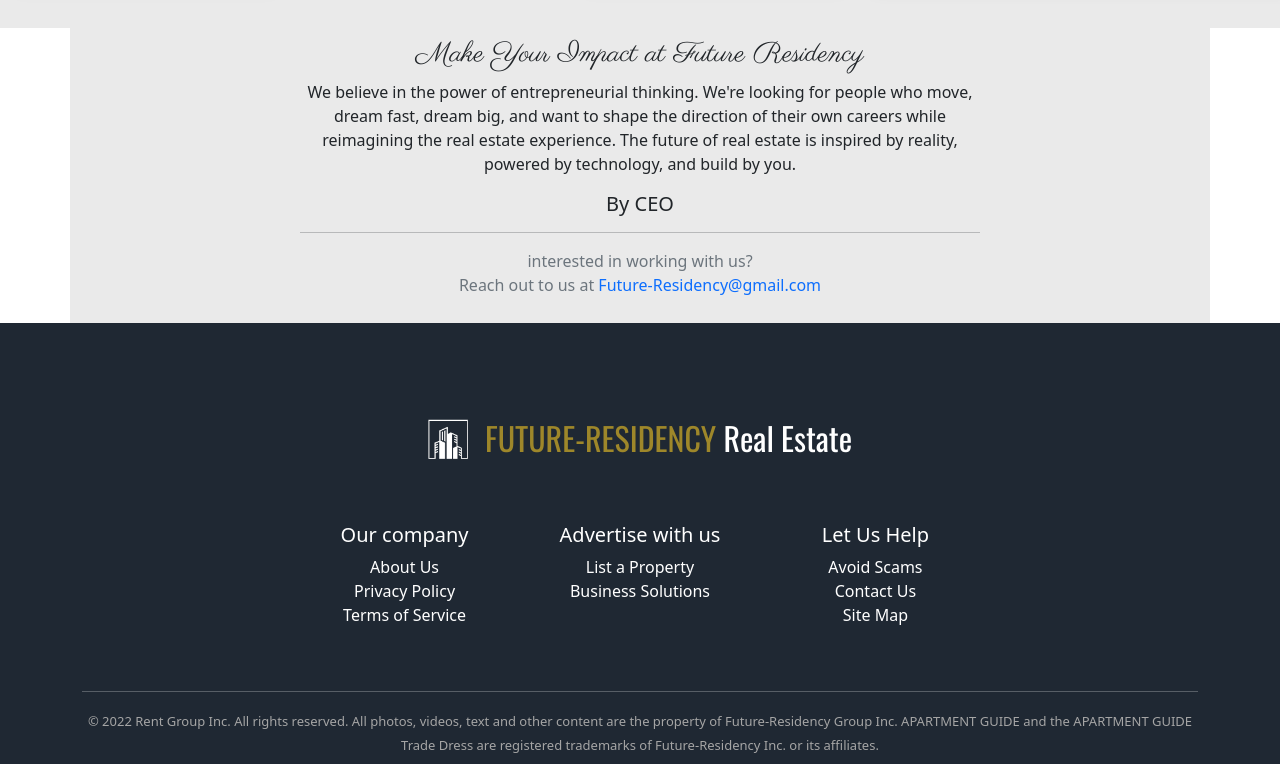
Repository: pyaestk/Future-residency
Page: aboutUs.html
These files come from the project's save history. The page is drawn as it stood at one moment and after a run of saves; the edit follows.
The browser window is 1280 px wide. The pictures show the part of the page from y = 804 to 1568 px (the page is 1568 px tall).
A picture or video elsewhere on the page could not be fetched, so the positions and the page height are approximate.

Above is the page before, as saved 2022-12-13 19:47:10.

### aboutUs.html
<!doctype html>
<html lang="en">
  <head>
    <meta charset="utf-8">
    <meta name="viewport" content="width=device-width, initial-scale=1, minimum-scale=1, maximum-scale=1 ">
    <title>FUTURE-RESIDENCY</title>
    <!--bootstrap-->
    <link href="https://cdn.jsdelivr.net/npm/bootstrap@5.2.3/dist/css/bootstrap.min.css" rel="stylesheet" integrity="sha384-rbsA2VBKQhggwzxH7pPCaAqO46MgnOM80zW1RWuH61DGLwZJEdK2Kadq2F9CUG65" crossorigin="anonymous">

    <!--custom css-->
    <link rel="stylesheet" href="style.css" type="text/css">
    <link rel="stylesheet" href="styleMobileview.css" type="text/css">
    <link rel="stylesheet" href="styleTabletview.css" type="text/css">

    <!--font awesome-->
    <link rel="stylesheet" href="https://cdnjs.cloudflare.com/ajax/libs/font-awesome/6.2.1/css/all.min.css" integrity="sha512-MV7K8+y+gLIBoVD59lQIYicR65iaqukzvf/nwasF0nqhPay5w/9lJmVM2hMDcnK1OnMGCdVK+iQrJ7lzPJQd1w==" crossorigin="anonymous" referrerpolicy="no-referrer" />

    <!--swiper js-->
    <link rel="stylesheet" href="https://cdn.jsdelivr.net/npm/swiper@8/swiper-bundle.min.css"/>

  </head>
<body>

  <!-- background -->
  <div class="background"></div>
  <!--navigation-->
  <nav class="shadow">
    <div class="logo-area">
      <img src="img/FUTURE_ReSIDENCY-removebg-preview.png" alt="logo" class="logo">
      <span>FUTURE-RESIDENCY</span>
    </div>


    <!--desktop-->
    <div class="navlinks" id="nav-right">
      <div class="icon closeMenubar shadow" onclick="hideMenu()">
        <i class="fa-solid fa-xmark"></i>
      </div>
      <ul>
        <li><a href="index.html">HOME</a></li>
        <li><a href="properties.html">PROPERTIES</a></li>
        <li><a href="#">ABOUT US</a></li>
        <li><a href="contactUs.html">CONTACT US</a></li>
        <a href="singIn.html" class="navibutton">JOIN</a></li>
      </ul>
    </div>
    <div class="icon openMenubar">
      <i class="fa-solid fa-bars" onclick="showMenu()"></i>
    </div>
  </nav>

  <!--our history-->
  <div class="group1 container-fluid">

    <div class="row ourhistory">

      <div class="col-md-4 ">
        <div class="row label2 shadow py-5">
          <div class="col-md-12 text-center">
            <img src="img/FUTURE_ReSIDENCY-removebg-preview-modified.png" alt="" width="100px">
            <h3 class="pt-3">Our History</h3>

          </div>
        </div>
      </div>

      <div class="col-md-8 d-flex align-items-center">
        <div class="row history bg-white shadow py-5 ms-3">
          <div class="col-md-12 py-4 px-5">
            <span class="text-dark">Future-Residency is a Burmese tech real-estate marketplace company that was founded in 2022,
                and was created by Mr. Pyae Sone Thant Kyaw, founder of burma-housing company Future-Residency has stated
                that it is a media company that generates revenue by selling advertising on its website. In April 2022,
                Future-Residency announced a partnership to lend its real-estate search engine to the websites of more than 180
                burma newspapers as a part of the Future-Residency Newspaper Consortium. Future-Residency shares advertising revenue
                from the co-branded sites with the newspapers and extends its reach into local markets.
            </span>
          </div>
        </div>
      </div>

    </div>
  </div>
    <!--our history end-->

  <!--mission and core value-->
  <div class="container-fluid group2 aboutUs pb-5">
      <div class="row">

        <div class="col-md-8">
          <div class="row text-center ps-3 aboutUscard-container">
            <div class="col-md-4">
                <div class="card cards aboutUscard shadow">
                    <img src="img/target.png" alt=" " class="aboutUsImg">
                    <div class="card-body">
                        <div class="cards-morph pb-2">
                            <h2>Mission</h2>
                            <div class="about-caption">To glorify God by putting our clients' interests above our own.
                            </div>
                        </div>
                    </div>
                </div>
            </div>
            <div class="col-md-4">
                <div class="card cards aboutUscard shadow">
                    <img src="img/visionary.png" class="card-img-top aboutUsImg" alt="..." >
                    <div class="card-body">
                        <div class="cards-morph pb-2">
                            <h2>Vision</h2>
                            <div class="about-caption">To change the lives of the communities we serve through abundant giving.</div>
                        </div>
                    </div>
                </div>
            </div>
            <div class="col-md-4">
                <div class="card cards aboutUscard shadow">
                    <img src="img/value.png" class="card-img-top aboutUsImg" alt="...">
                    <div class="card-body">
                        <div class="cards-morph pb-2">
                            <h2>Values</h2>
                            <div class="about-caption">
                                Innovate and lead <br>
                                Embrace accountability <br>
                                Focus on solutions
                            </div>
                        </div>
                    </div>
                </div>
            </div>

          </div>
        </div>

        <div class="col-md-4">
          <div class="row label shadow py-5 ms-1">
            <div class="col-md-12 text-center">
              <h3 class="px-3">Our mission & Core Values</h3>
            </div>
          </div>
        </div>

      </div>
  </div>
  <!--mission and core value end-->

  <!--conclusion-->
  <div class="container group2">
    <div class="row justify-content-md-center conclusion">
      <div class="col-md-8 text-center px-5" id="reveal3">
        <h3 style="font-family: 'Parisienne', cursive;">Make Your Impact at Future Residency</h3>
        <p>We believe in the power of entrepreneurial thinking. We're looking for people who move, dream fast, dream big,
          and want to shape the direction of their own careers while reimagining the real estate experience. The future of
          real estate is inspired by reality, powered by technology, and build by you.
        </p>
        <h5>By CEO</h5>
        <hr>
        <p class="text-muted">interested in working with us? <br> Reach out to us at <a href="" class="text-decoration-none">Future-Residency@gmail.com</a></p>
      </div>
    </div>
  </div>


  <!--footer-->
  <div class="footer pt-5">
    <div class="container text-center text-white">
      <div class="row">
        <div class="col-md-12 my-5" id="reveal3">
          <h2><img src="img/FUTURE_ReSIDENCY-removebg-preview-modified.png" alt="logo" class="logo pb-2"><span>
              FUTURE-RESIDENCY </span> Real Estate</h2>
        </div>
      </div>
      <div class="row pb-5 gap-5 justify-content-md-center">
        <div class="col col-md-2" id="reveal3">
          <h5>Our company</h5>
          <div>About Us</div>
          <div>Privacy Policy</div>
          <div>Terms of Service</div>
        </div>
        <div class="col-md-auto" id="reveal3">
          <h5>Advertise with us</h5>
          <div>List a Property</div>
          <div>Business Solutions</div>
        </div>
        <div class="col col-md-2" id="reveal3">
          <h5>Let Us Help</h5>
          <div>Avoid Scams</div>
          <div>Contact Us</div>
          <div>Site Map</div>
        </div>
      </div>
      <hr>
      <div class="row text-center pb-2">
        <div class="col-md-12">
          <span class="copyright" id="reveal3">© 2022 Rent Group Inc. All rights reserved. All photos, videos, text and other content
            are the property of Future-Residency Group Inc. APARTMENT GUIDE and the APARTMENT GUIDE Trade Dress
            are registered trademarks of Future-Residency Inc. or its affiliates.</span>
        </div>
      </div>
    </div>
  </div>


  <!--swiper js-->
  <script src="https://cdn.jsdelivr.net/npm/swiper@8/swiper-bundle.min.js"></script>

  <!--javascript-->
  <script src="app.js"></script>

  <!--bootstrap-->
  <script src="https://cdn.jsdelivr.net/npm/bootstrap@5.2.3/dist/js/bootstrap.bundle.min.js" integrity="sha384-kenU1KFdBIe4zVF0s0G1M5b4hcpxyD9F7jL+jjXkk+Q2h455rYXK/7HAuoJl+0I4" crossorigin="anonymous"></script>
</body>
</html>

### styleMobileview.css

/* mobile view */

@media only screen and (max-width: 767px) {

  /* navigation */
  .icon{
    display: block;
    cursor: pointer;
  }
  nav{
    z-index: 1000;
  }
  .navlinks{
    position: absolute;
    background-color: rgb(216, 216, 216);
    height: 100vh;
    width: 100vw;
    top: 0;
    right: -100vw;
    text-align: left;
    z-index: 10;
    transition: .7s;
    overflow-y: hidden;
    padding-bottom: 50px;
  }
  .navlinks ul li a{
    color: black;
  }
  .navlinks ul li{
    display: block;
    margin: 50px 0;
    border-radius: 20px;
  }
  .navlinks ul{
    padding-left: 0;
    text-align: center;
  }
  .navibutton{
    margin-left: 0;
    color: black;
    border: 2px solid black;
  }
  .navlinks .closeMenubar{
    background-color: white;
    display: block;
    padding: 15px 20px;
    text-align: end;
    position: sticky;
    top: 0;
  }
  /* navigation end */

  /* jumbotron */
  .jumbotron p{
    font-size: 55px;
    text-align: start;
  }
  .subtext h4{
    font-size: 20px;
    text-align: start!important;
  }
  .subtext{
    font-size: 13px;
    text-align: start!important;
  }
  .indexBackground{
    background: linear-gradient(90deg, #EAEAEA 65%, #EAEAEA -30%);
  }
  .searchSection{
    margin: 10px 13px;
  }
  .customCarousel{
    margin-left: 10px;
  }
  .carousel-control-next{
    padding-right: 30px;
  }
  /* jumbotron end */

  /* first group */
  .group1{
    padding-top: 10px;
    padding-bottom: 10px;
  }
  .label2{
    margin-left: 10px;
    border-radius: 10px;
    margin: 0 10px;
    padding: 40px 15px 40px 15px;
  }
  .label2 h3{
    font-size: 20px;
  }
  .sublabel{
    font-size: 13px;
    padding-top: 10px;
  }
  .salecard li{
    padding-left: 20px;
  }
  .featuredcard{
    padding: 0 10px;
  }
  /* second group */
  .group2 .col-md-8{
    order: 2;
  }
  .label{
    margin: 10px!important;
    padding: 30px 0;
    border-radius: 5px 20px 20px 5px;
  }
  .label h3{
    font-size: 20px;
    padding: 20px 10px;
  }


  .salecard h6{
    font-size: 12px;
    padding-bottom: 0;
  }
  .salecard li{
    font-size: 10px;
    list-style-type: circle;
  }
  .layer h5{
    font-size: 12px;
  }

  .layer2{
    font-size: 10px;
    padding: 3px 3px;
  }
  .pic2-container .col-md-5{
    order: 2;
  }
  .pic1-caption, .pic2-caption{
    margin-top: 10px;
  }
  .vid-caption{
    margin-top: 5px;
  }

  /* properties */
  .searchSection{
    font-size: 13px;
  }
  .searchSection input::placeholder{
    font-size: 13px;
  }

  /* aboutUs */
  .ourhistory .label2{
    color: white;
    background-color: #1F2833;
    margin-left: 10px;
    border-radius: 5px;
    margin: 10px 10px;
    padding: 10px;
  }
  .ourhistory .history{
    border-radius: 20px 5px 5px 20px;
    margin: 30px 10px 19px 10px!important;
  }
  .history{
    text-align: justify;
  }
  .locationsession{
    text-align: center;
    margin: 10px;
  }
  .aboutUscard-container{
    padding-left: 0px!important;
    margin: 0!important;
  }
  .aboutUscard{
    width: 100%;
    margin-top: 30px;
    padding: 30px 10px 10px 30!important;
  }
  .aboutUs .label{
    border-radius: 5px;
  }

  /* contact us */
  .contactsession .cards{
    width: 320px;
  }
  .contactsession .card-body{
    padding: 25px 5px;
  }
  .contactsession h3{
    font-size: 15px;
  }
  .card-text{
    font-size: 14px;
  }
  .contactCard{
    height: 300px;
  }
  .contactCard h4{
    font-size: 18px;
  }
  .contactCard h6{
    font-size: 14px;
  }
  .contactCard p{
    font-size: 12px;
  }

  /* sign in page */
  .login-form{
    min-height: 60vh;
  }
  .login-video{
    margin-top: 25px;
  }
  .loginlayer{
    width: 270px;
  }
  .loginlayer h3{
    font-size: 20px;
  }
  .loginlayer h6{
    font-size: 13px;
  }

  /* saleitem page */
  .itemDetail{
    margin-top: 25px;
    margin-bottom: 30px;
  }

  /* footer */
  .footer h2{
    font-size: 19px;
  }
  .footer h5{
    font-size: 17px;
  }
  .footer{
    font-size: 12px;
  }
  .footer .copyright{
    font-size: 12px;
  }

}

### styleTabletview.css

/* mobile view */

@media only screen and (min-width: 768px) and (max-width: 1100px) {
   /* navigation */
  .logo-area span{
    display: none;
  }

  /* jumbotron */
  .jumbotron p{
    font-size: 30px;
    line-height: 35px;
  }
  .subtext h4, .subtext{
    font-size: 13px;
  }
  .indexBackground{
    background: linear-gradient(90deg, #EAEAEA 65%, #EAEAEA -30%);
  }
  .searchSection{
    margin: 10px 10px 10px 30px;
    padding: 10px 20px;
  }
  .carouselborder{
    height: 400px;
  }
  .carouselborder img{
    /* max-height: 129vh; */
    height: 400px;
  }
  .carousel-control-next{
    padding-right: 30px;
  }
  .formsession span{
    font-size: 13px;
  }
  /* jumbotron end */

  /* first group */
  .group1{
    padding-top: 10px;
    padding-bottom: 10px;
  }
  .label2{
    border-radius: 10px;
    padding: 40px 15px 40px 15px;
  }
  .label2 h3{
    font-size: 20px;
  }
  .sublabel{
    font-size: 13px;
    padding-top: 10px;
  }
  .salecard li{
    padding-left: 20px;
  }
  .featuredcard{
    padding: 0 10px;
  }
  /* second group */
  .label{
    color: #1F2833;
    background-color: white;
    margin: 0 10px;
    border-radius: 10px;
  }
  .label h3{
    font-size: 20px;
    padding: 20px 10px;
  }

  .housecard .salecard{
    width: 230px;
    padding: 0;
  }

  .salecard h6{
    font-size: 12px;
    padding-bottom: 0;
  }
  .salecard li{
    font-size: 10px;
    padding-left: 20px;
    list-style-type: circle;
  }
  .layer h5{
    font-size: 12px;
  }

  .layer2{
    font-size: 10px;
    padding: 3px 3px;
  }

  /* properties */
  .searchSection{
    font-size: 13px;
  }
  .searchSection input::placeholder{
    font-size: 13px;
  }

  /* aboutUs */
  .ourhistory .label2{
    color: white;
    background-color: #1F2833;
    padding: 10px;
    margin-right: 0!important;
  }
  .ourhistory .history{
    border-radius: 20px 5px 5px 20px;
    margin-left: 0!important;
  }
  .history{
    text-align: justify;
    font-size: 10px;
  }
  .locationsession{
    text-align: center;
    margin: 10px;
  }
  .about-caption{
    font-size: 13px;
  }
  .conclusion h3{
    font-size: 20px;
  }
  .conclusion p{
    font-size: 13px;
    text-align: justify;
  }

  /* contact us */
  .contactsession h3{
    font-size: 16px;
  }
  .card-text{
    font-size: 14px;
  }
  .contactCard{
    height: 300px;
  }
  .contactCard h4{
    font-size: 18px;
  }
  .contactCard h6{
    font-size: 14px;
  }
  .contactCard p{
    font-size: 12px;
  }
  .locationsession h4{
    font-size: 15px;
  }
  .question span{
    font-size: 13px;
  }

  /* sign in page */
  .login-form{
    margin-top: 25px;
    min-height: 60vh;
  }
  .login-video{
    margin-top: 25px;
  }
  .loginlayer{
    width: 270px;
  }
  .loginlayer h3{
    font-size: 20px;
  }
  .loginlayer h6{
    font-size: 13px;
  }

  /* saleitem page */
  .itemDetail{
    margin-top: 25px;
    margin-bottom: 30px;
  }
  .itemimage{
    position: relative;
    top: 25px;
  }
  }

Loaded but not shown: app.js (123 lines, source omitted); style.css (717 lines, source omitted)

After the next 3 saves:
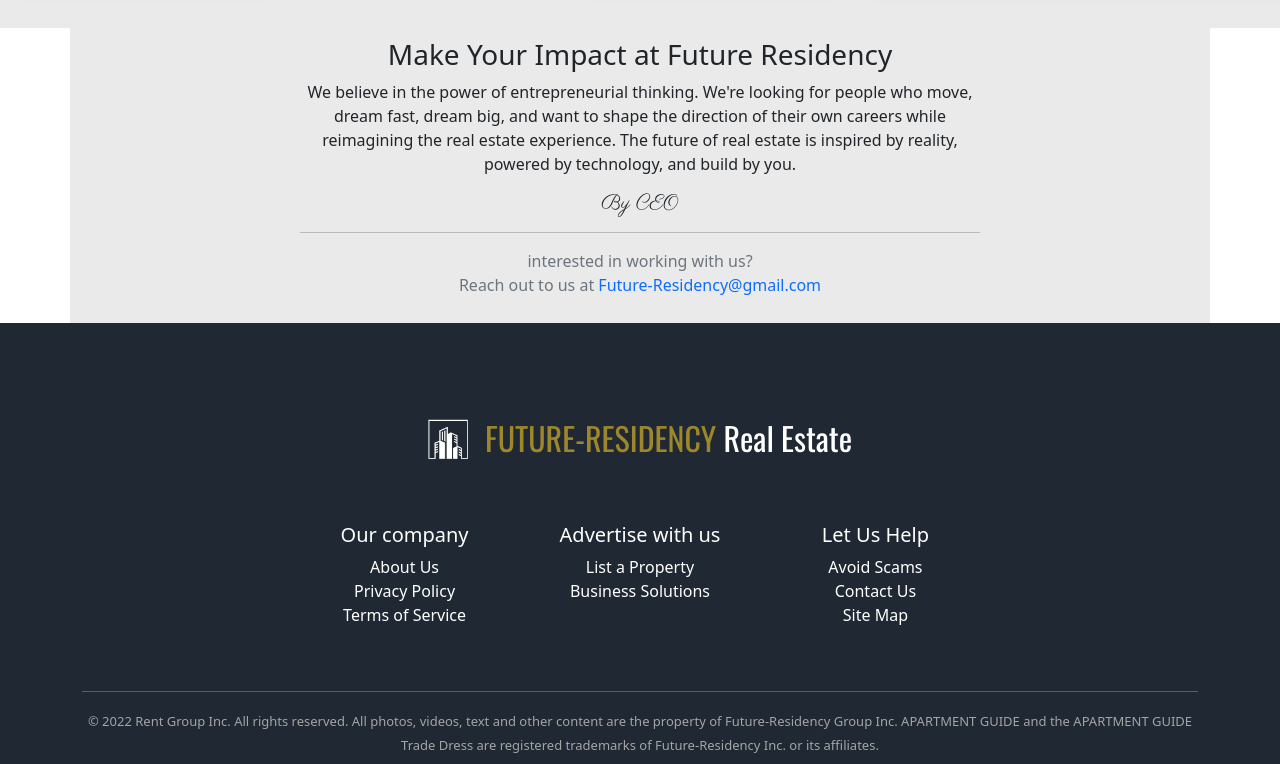
The 3 saves are shown as one change because they came seconds apart.
The last was saved 14 s later.
--- a/aboutUs.html
+++ b/aboutUs.html
@@ -146,12 +146,12 @@
   <div class="container group2">
     <div class="row justify-content-md-center conclusion">
       <div class="col-md-8 text-center px-5" id="reveal3">
-        <h3 style="font-family: 'Parisienne', cursive;">Make Your Impact at Future Residency</h3>
+        <h3>Make Your Impact at Future Residency</h3>
         <p>We believe in the power of entrepreneurial thinking. We're looking for people who move, dream fast, dream big,
           and want to shape the direction of their own careers while reimagining the real estate experience. The future of
           real estate is inspired by reality, powered by technology, and build by you.
         </p>
-        <h5>By CEO</h5>
+        <h5 style=" font-family: 'Parisienne', cursive;">By CEO</h5>
         <hr>
         <p class="text-muted">interested in working with us? <br> Reach out to us at <a href="" class="text-decoration-none">Future-Residency@gmail.com</a></p>
       </div>
